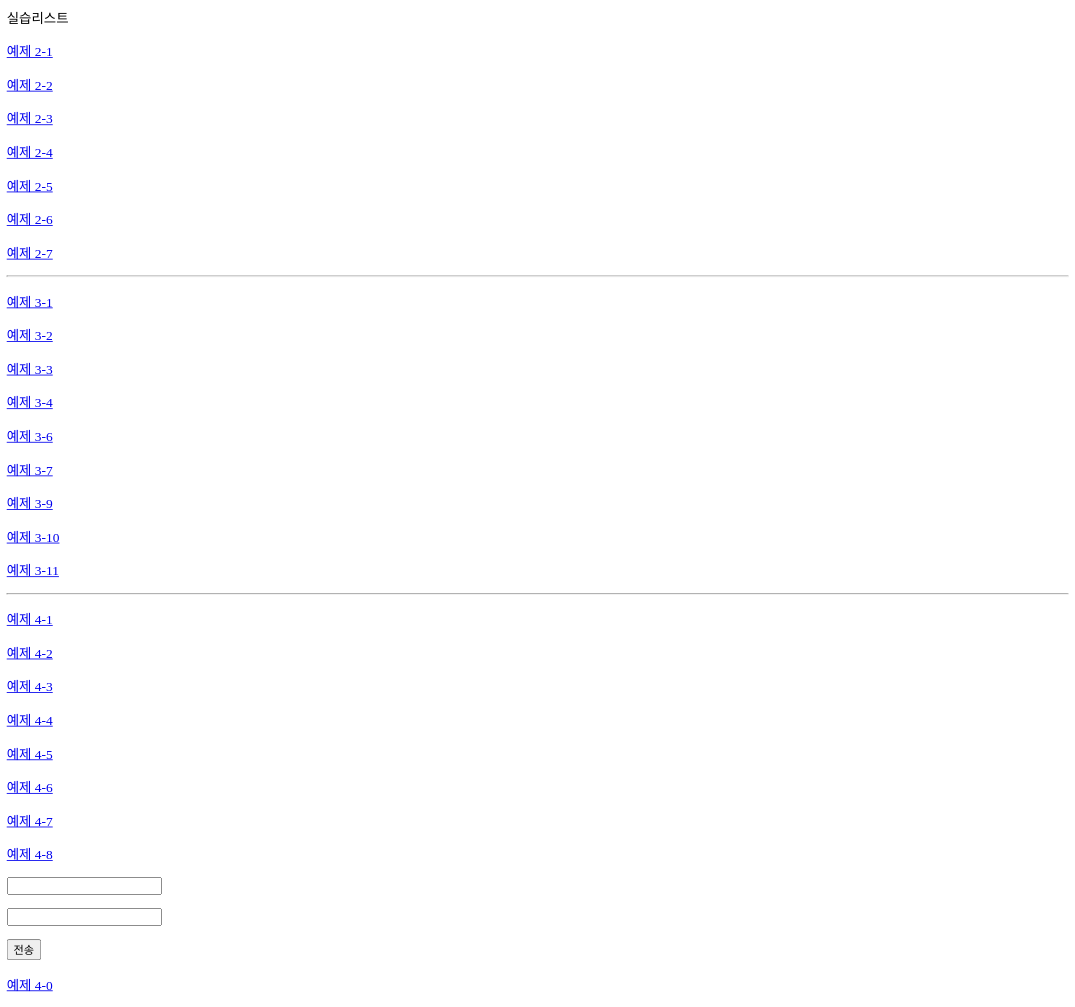
Repository: sanghyunlee7680/JSP-practice
Page: http://localhost/jspbook/
An editor plug-in stored every save of this project. The page is shown before and after the next save, followed by the edit.
The browser window is 1280 px wide. The pictures show the whole page, at 84% of full size.
The page is served by Tomcat 10.

Above is the page before, as saved 2024-10-10 06:43:10.

After the next save:
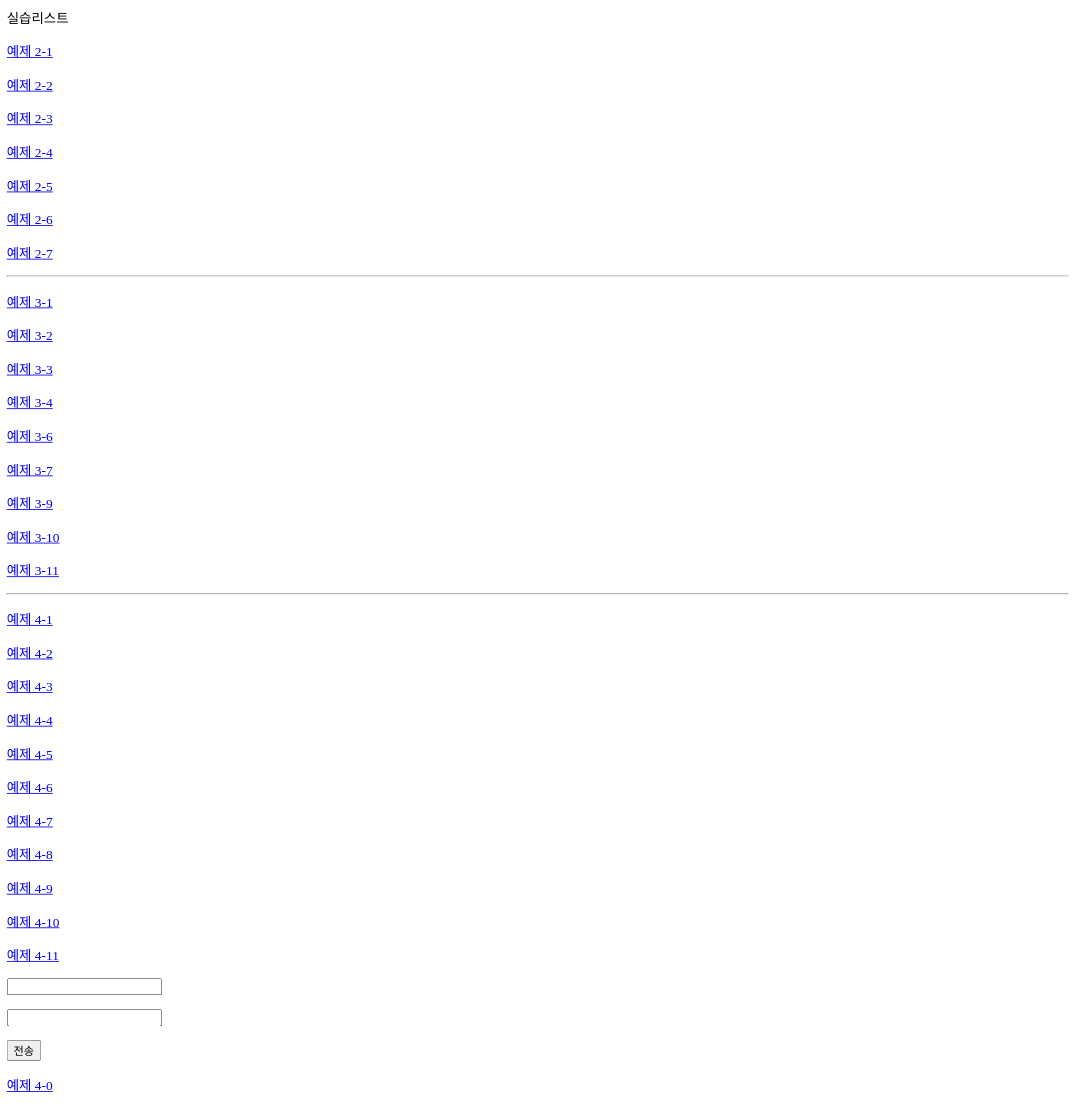
Saved 46 min 45 s later.
--- a/jspbook/src/main/webapp/index.jsp
+++ b/jspbook/src/main/webapp/index.jsp
@@ -82,6 +82,15 @@
 	<p>
 		<a href="4_8">예제 4-8</a>
 	</p>
+	<p>
+		<a href="4_9">예제 4-9</a>
+	</p>
+	<p>
+		<a href="4_10">예제 4-10</a>
+	</p>
+	<p>
+		<a href="4_11">예제 4-11</a>
+	</p>
 
 	<form action="4_0" method="get">
 		<p><input type="text" name="id"/>
